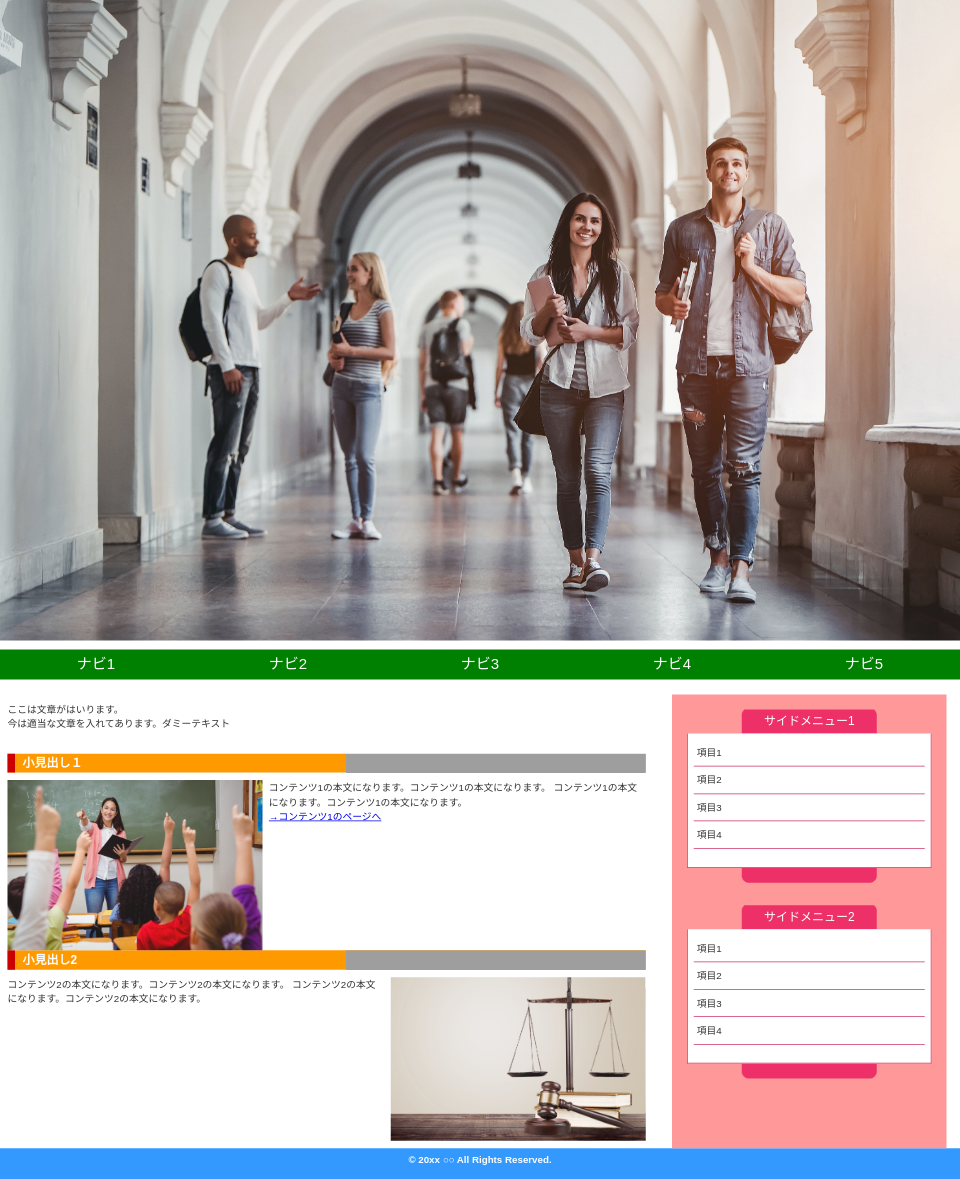
Repository: hokanitao/samurai_HTML-CSS
Page: home.html
The author's editor kept a record of every edit. The page is drawn from the files as they stood at one moment, then again after the next edit.
The browser window is 1280 px wide. The pictures show the whole page, at 75% of full size.
Pictures or frames that could not be fetched are drawn as grey boxes.

Above is the page before.

### home.html
<!DOCTYPE html>
<html lang="ja">
 <head>
  <meta charset="UTF-8">
  <title>HTML/CSSの学習</title>
  <link rel="stylesheet" href="stylesheet.css">
 </head>
 <body>
  <div id="header">
   <h1><a href="index.html"><img id="corridor" src="images/corridor.jpeg" alt="大学の廊下" /></a></h1>
  </div>
  <div id="wrapper">
   <div id="nav">
    <ul>
     <li><a href="home.html">ナビ1</a></li>
     <li><a href="#">ナビ2</a></li>
     <li><a href="#">ナビ3</a></li>
     <li><a href="#">ナビ4</a></li>
     <li><a href="#">ナビ5</a></li>
    </ul>
   </div>
   <div id="container">
    <div id="main">
     <div class="post">
      <p>ここは文章がはいります。<br />今は適当な文章を入れてあります。ダミーテキスト</p>
     </div>
     <div class="post clearfix">
      <h2>小見出し１</h2>
      <img class="left" src="images/classroom.jpg" alt="授業風景" />
      <p>
       コンテンツ1の本文になります。コンテンツ1の本文になります。
       コンテンツ1の本文になります。コンテンツ1の本文になります。
      </p>
      <p><a href="#">→コンテンツ1のページへ</a></p>
     </div>
     <div class="post clearfix">
      <h2>小見出し2</h2>
      <img class="right" src="images/scale.jpg" alt="天秤" />
      <p>
       コンテンツ2の本文になります。コンテンツ2の本文になります。
       コンテンツ2の本文になります。コンテンツ2の本文になります。
      </p>
     </div>
    </div>

   <div id="side">
      <div class="box">
       <h2>サイドメニュー1</h2>
       <div class="boxBody">
        <ul>
         <li>項目1</li>
         <li>項目2</li>
         <li>項目3</li>
         <li>項目4</li>
        </ul>
       </div>
      </div>
      <div class="box">
       <h2>サイドメニュー2</h2>
       <div class="boxBody">
        <ul>
         <li>項目1</li>
         <li>項目2</li>
         <li>項目3</li>
         <li>項目4</li>
        </ul>
       </div>
      </div>
   </div>
   </div>
  </div>
  <div id="footer">
   <p>&copy; 20xx ○○ All Rights Reserved.</p>
  </div>
 </body>
</html>

### stylesheet.css
@charset "utf-8";

body {
    margin: 0;
    padding: 0;
    font-family: "ヒラギノ角ゴ Pro W3", "Hiragino Kaku Gothic Pro", "メイリオ", Meiryo, Osaka, "ＭＳ Ｐゴシック", "MS PGothic", sans-serif;
    color: #333;
    font-size: 13px;
    line-height: 150%;
}

/* --------wrapper--------------*/
#wrapper {
    width: 100%;
    margin: auto;
    padding: 0px;
    border: 0px;
    background-color: #FFF;
    top: 10px;
    position: relative;
}

/*------------header-------------*/
#header {
    width: 100%;
}
#header h1 {
    margin: 0;
    padding: 0;
}

#corridor {
    width: 100%;
    height: auto;
}

/*---------------footer----------------*/
#footer {
    clear: both;
    width: 100%;
    padding: 3px 0 3px 0;
    background: #39F;
    color: #FFF;
    font-weight: bold;
    text-align: center;
}

/*------------nav-----------------*/
#nav {
    width: 100%;
}
#nav ul {
    display: flex;
    margin: 0;
    padding: 0;
    list-style-type: none;
}
#nav ul li {
    width: 20%;
    text-align: center;
}
#nav ul li a {
    display: block;
    height: 20px;
    margin: 0;
    padding: 10px;
    color: #FFF;
    font-size: 20px;
    text-decoration: none;
    background-color: green;
}

#nav ul li a;hover {
    filter: drop-shadow(10px 10px 10px black);
}

/*-------------- container---------------*/
#container {
    width: 100%;
    margin: auto;
    padding: auto;
    padding-top: 20px;
    clear: both;
    display: grid;
    grid-template-columns: 70vw 30vw;
}
/*-----------------main------------------*/
#main {
    width: 95%;
    padding: 10px 30px 10px 10px;
}
#main h2 {
    margin: 0 0 10px 0;
    padding: 3px 10px 3px 10px;
    color: #FFF;
    font-size: 16px;
    border-left: solid 10px #C00;
    background: #F90 url(../images/main_h2.jpg) right top repeat-y;
}
#main p {
    margin: 0;
    padding: 0;
}
#main .post {
    margin: 0 0 30px 0;
}
#main .post img.right {
    margin: 0 0 0 8px;
}
#main .post img.left {
    margin: 0 8px 0 0;
}
.right {
    float: right;
    width: 40%;
    height: auto;
}
.left {
    float: left;
    width: 40%;
    height: auto;
}

/*--------------------clearfix---------------------*/
.clearfix {
    zoom: 1;
}

.clearfix {
    content: "";
    display: block;
    clear: both;
}

/*------------------side----------------------*/
#side {
    width: 85%;
    padding: 20px;
    background-color: #F99;
}
#side .box {
    margin: 0 auto 30px auto;
    padding: 0 0 20px 0;
    background: url(images/side_box.png) bottom no-repeat;
}
#side .box h2 {
    margin: 0;
    padding: 8px;
    text-align: center;
    color: #fff;
    font-size: 16px;
    line-height: 16px;
    font-weight: normal;
    background: url(images/side_box_h2.png) center no-repeat;
}
#side .box .boxBody {
    padding: 8px;
    border-right: solid 1px #C36;
    border-bottom: solid 1px #C36;
    border-left: solid 1px #C36;
    background: #fff;
}
#side .box .boxBody ul {
    margin: 0 0 16px 0;
    padding: 0;
}
#side .box .boxBody ul li {
    padding: 8px 0 8px 4px;
    list-style: none;
    border-bottom: solid 1px #C36;
}

#side .box .boxBody ul li:hover {
    padding: 8px 0 8px 4px;
    list-style: none;
    border-bottom: solid 1px #C36;
    box-shadow: 0px 4px 4px rgba(0, 0, 0, 0.3);
}

After the next edit:
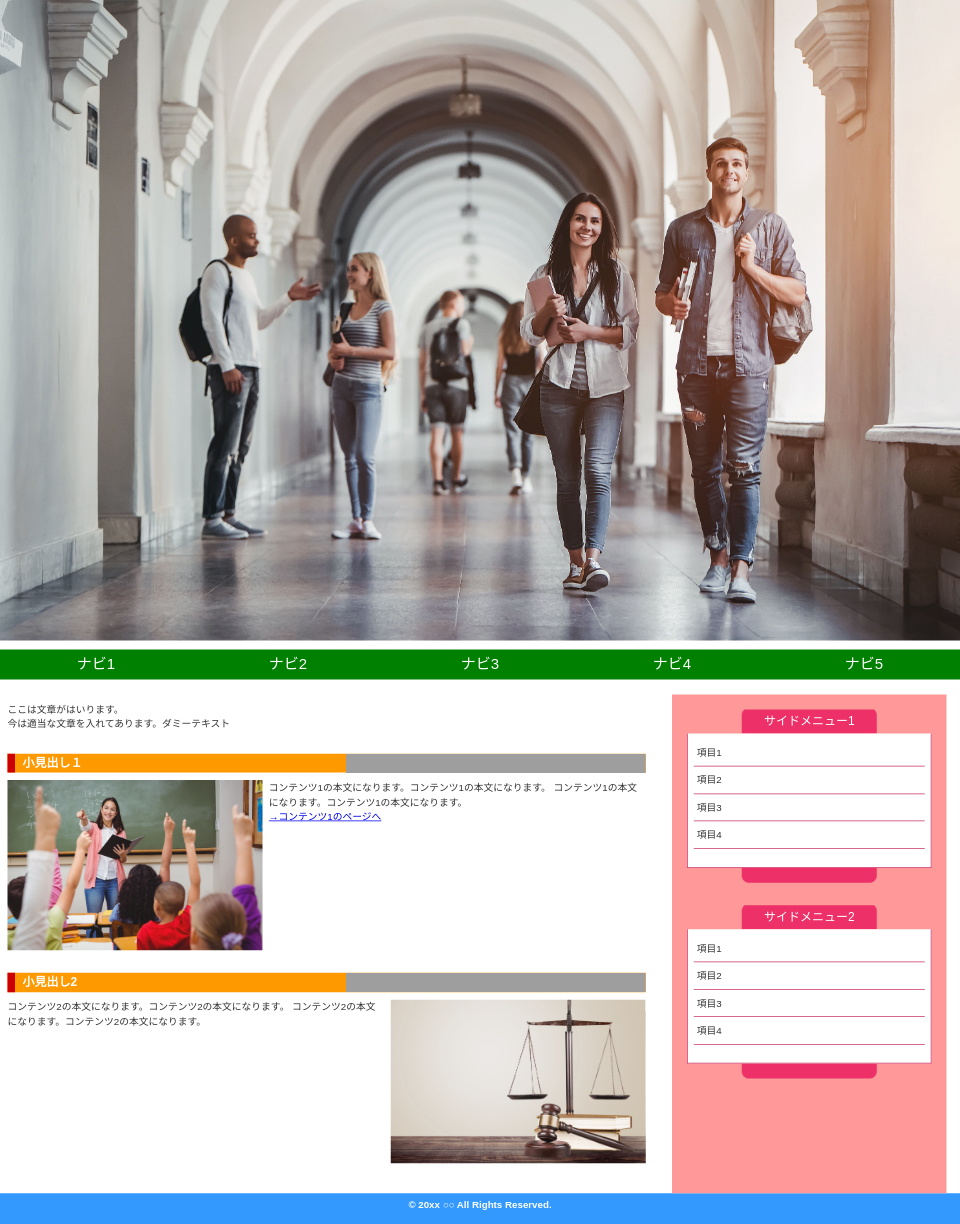
The edit:
--- a/stylesheet.css
+++ b/stylesheet.css
@@ -126,7 +126,7 @@
     zoom: 1;
 }
 
-.clearfix {
+.clearfix:after {
     content: "";
     display: block;
     clear: both;
